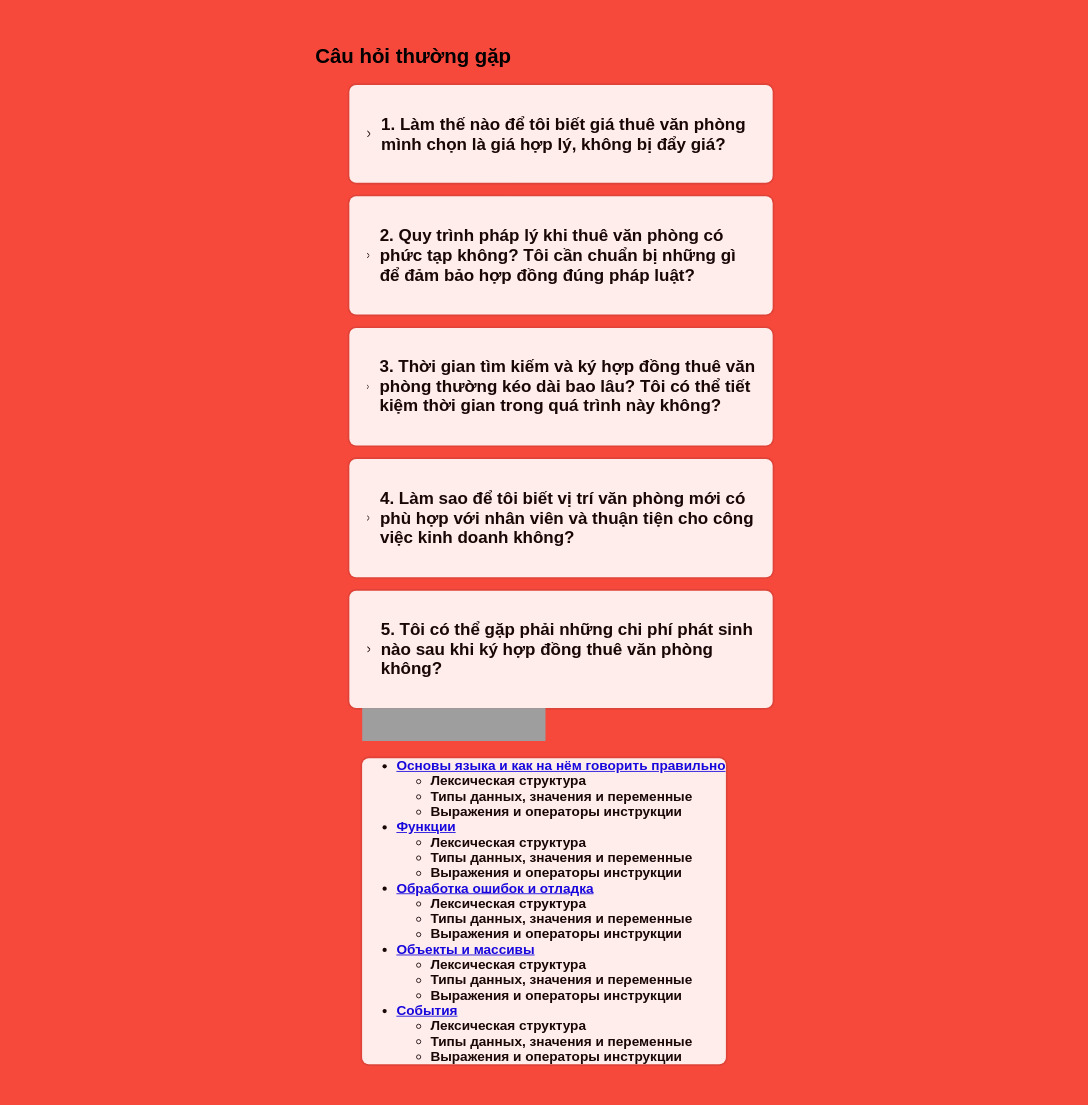
Repository: lannguyen1301/html-office-saigon
Page: accordion.html
These files come from the project's save history. The page is drawn as it stood at one moment and after the next save; the edit follows.
The browser window is 1280 px wide. The pictures show the whole page, at 85% of full size.
Pictures or frames that could not be fetched are drawn as grey boxes.

Above is the page before, as saved 2025-02-12 23:13:51.

### accordion.html
<!DOCTYPE html>
<html lang="en">

<head>
    <meta charset="UTF-8">
    <meta name="viewport" content="width=device-width, initial-scale=1.0">
    <title>ACCODION</title>
    <link rel="stylesheet" href="accordion.css">
</head>

<body>
    <main>
        <h2>Câu hỏi thường gặp</h2>
        <ol class="accodion-list">
            <li class="accordion" id="howto">
                <h3 class="title">
                    <a href="#howto">
                        1. Làm thế nào để tôi biết giá thuê văn phòng mình chọn là giá hợp lý, không bị
                        đẩy giá?</a>
                </h3>
                <div class="content">
                    <div class="wrapper">
                        <p>
                            Office Saigon cung cấp thông tin minh bạch về giá thuê từ các tòa nhà mà chúng tôi hợp tác.
                            Chúng tôi luôn so sánh giá trên thị trường để đảm bảo bạn nhận được mức giá tốt nhất, phù
                            hợp với vị trí và tiện ích mà tòa nhà cung cấp. Chúng tôi không thêm phí môi giới cho khách
                            hàng thuê và đảm bảo mức giá bạn nhận được là mức giá gốc từ phía tòa nhà.
                        </p>
                    </div>
                </div>
            </li>

            <li class="accordion" id="legalprocess">
                <h3 class="title">
                    <a href="#legalprocess">
                        2. Quy trình pháp lý khi thuê văn phòng có phức tạp không? Tôi cần chuẩn
                        bị những gì để đảm bảo hợp đồng đúng pháp luật?</a>
                </h3>
                <div class="content">
                    <div class="wrapper">
                        <p>
                            Quy trình pháp lý khi thuê văn phòng có thể phức tạp, nhưng bạn hoàn toàn không phải lo lắng
                            khi sử dụng dịch vụ của Office Saigon. Chúng tôi sẽ hỗ trợ bạn từ khâu thương thảo hợp đồng,
                            đàm phán các điều khoản đến việc hoàn tất thủ tục pháp lý. Đội ngũ pháp lý chuyên nghiệp của
                            chúng tôi sẽ đảm bảo mọi chi tiết trong hợp đồng đều rõ ràng, minh bạch và tuân thủ đúng quy
                            định của pháp luật.
                        </p>

                    </div>
                </div>
            </li>

            <li class="accordion" id="searchtime">
                <h3 class="title">
                    <a href="#searchtime">
                        3. Thời gian tìm kiếm và ký hợp đồng thuê văn phòng thường kéo dài bao lâu? Tôi có thể tiết kiệm
                        thời gian trong quá trình này không?
                    </a>
                </h3>
                <div class="content">
                    <div class="wrapper">
                        <p>
                            Với dịch vụ của Office Saigon, quá trình tìm kiếm và ký hợp đồng thuê văn phòng thường chỉ
                            kéo dài từ 1-2 tuần, tùy thuộc vào yêu cầu cụ thể của bạn. Chúng tôi cung cấp danh sách các
                            tòa nhà phù hợp trong thời gian ngắn, giúp bạn tiết kiệm đáng kể thời gian và công sức so
                            với việc tự tìm kiếm. Quy trình của chúng tôi được tối ưu để bạn có thể nhanh chóng chọn
                            được văn phòng và ký kết hợp đồng mà không phải lo lắng về bất kỳ chi tiết nào.
                        </p>
                    </div>
                </div>
            </li>

            <li class="accordion" id="whyknow">
                <h3 class="title">
                    <a href="#whyknow">
                        4. Làm sao để tôi biết vị trí văn phòng mới có phù hợp với nhân viên và thuận tiện cho công việc
                        kinh doanh không?
                    </a>
                </h3>
                <div class="content">
                    <div class="wrapper">
                        <p>
                            Office Saigon luôn tư vấn kỹ lưỡng về vị trí văn phòng dựa trên yêu cầu của bạn và phân tích
                            các yếu tố như giao thông, tiện ích xung quanh, và sự thuận tiện cho nhân viên. Chúng tôi
                            hiểu rằng một vị trí văn phòng thuận tiện sẽ giúp tăng hiệu suất làm việc của nhân viên và
                            thuận lợi cho việc kinh doanh của bạn. Dựa vào mạng lưới hơn 2230 tòa nhà tại TP.HCM, chúng
                            tôi sẽ giúp bạn chọn được văn phòng ở vị trí chiến lược, tối ưu nhất cho doanh nghiệp của
                            bạn.
                        </p>
                    </div>
                </div>
            </li>
            <li class="accordion" id="costsincurred">
                <h3 class="title">
                    <a href="#costsincurred">
                        5. Tôi có thể gặp phải những chi phí phát sinh nào sau khi ký hợp đồng thuê văn phòng không?
                    </a>
                </h3>
                <div class="content">
                    <div class="wrapper">
                        <p>
                            Office Saigon luôn đảm bảo cung cấp đầy đủ thông tin về mọi chi phí liên quan đến việc thuê
                            văn phòng, từ giá thuê, phí dịch vụ đến các khoản chi phí quản lý và bảo trì. Chúng tôi sẽ
                            hỗ trợ bạn thương thảo hợp đồng một cách kỹ lưỡng để đảm bảo không có chi phí ẩn hoặc phát
                            sinh không đáng có. Tất cả các điều khoản trong hợp đồng đều minh bạch và rõ ràng để bạn có
                            thể yên tâm khi ký kết.
                        </p>
                    </div>
                </div>
            </li>
        </ol>
    </main>
</body>

</html>

<nav class="navigation">
    <header class="navigation__logo">
        <img src="https://s27.postimg.org/p5shqemzn/logo.png" alt="Navigation's logo" width="216" height="39">
    </header>
    <article>
        <ul class="accordion">
            <li class="accordion__item">
                <a href="#" class="accordion__link accordion__link_active">Основы языка и как на нём говорить
                    правильно</a>
                <ul class="sub-accordion">
                    <li class="sub-accordion__item">Лексическая структура</li>
                    <li class="sub-accordion__item">Типы данных, значения и переменные</li>
                    <li class="sub-accordion__item">Выражения и операторы инструкции</li>
                </ul>
            </li>
            <li class="accordion__item">
                <a href="#" class="accordion__link">Функции</a>
                <ul class="sub-accordion">
                    <li class="sub-accordion__item">Лексическая структура</li>
                    <li class="sub-accordion__item">Типы данных, значения и переменные</li>
                    <li class="sub-accordion__item">Выражения и операторы инструкции</li>
                </ul>
            </li>
            <li class="accordion__item">
                <a href="#" class="accordion__link">Обработка ошибок и отладка</a>
                <ul class="sub-accordion">
                    <li class="sub-accordion__item">Лексическая структура</li>
                    <li class="sub-accordion__item">Типы данных, значения и переменные</li>
                    <li class="sub-accordion__item">Выражения и операторы инструкции</li>
                </ul>
            </li>
            <li class="accordion__item">
                <a href="#" class="accordion__link">Объекты и массивы</a>
                <ul class="sub-accordion">
                    <li class="sub-accordion__item">Лексическая структура</li>
                    <li class="sub-accordion__item">Типы данных, значения и переменные</li>
                    <li class="sub-accordion__item">Выражения и операторы инструкции</li>
                </ul>
            </li>
            <li class="accordion__item">
                <a href="#" class="accordion__link">События</a>
                <ul class="sub-accordion">
                    <li class="sub-accordion__item">Лексическая структура</li>
                    <li class="sub-accordion__item">Типы данных, значения и переменные</li>
                    <li class="sub-accordion__item">Выражения и операторы инструкции</li>
                </ul>
            </li>
        </ul>
    </article>
</nav>

### accordion.css
:root {
    --size-header: 2.25rem;
    --size-accordion-title: 1.25rem;
    --size-accordion-content: 1rem;
    --animation-speed: 100;
    --slide-ease: cubic-bezier(0.86, 0, 0.07, 1);
    --slide-duration: calc(400ms * 100 / var(--animation-speed));
    --slide-delay: calc(450ms * 100 / var(--animation-speed));
    --circle-duration: calc(900ms * 100 / var(--animation-speed));
}

*,
*::before,
*::after {
    position: relative;
    left: 0;
    top: 0;
    box-sizing: border-box;
}

a,
p,
h1 {
    margin: 0;
}

html {
    height: 100%;
}

body {
    background-color: hsl(4, 91%, 60%);
    font-family: Nunito, Arial, Helvetica, sans-serif;
    font-weight: 600;
    margin: 0;
    display: grid;
    place-items: center;
    padding: 2rem 2rem;
    min-height: 100%;
}

html,
body {
    scroll-behavior: smooth;
    scroll-padding-top: 1rem;
}

main > h1 {
    font-size: var(--size-header);
    margin-bottom: 1.25rem;
    color: #fff;
}

::selection {
    background-color: rgba(0, 0, 0, 0.4);
}

.accordion {
    --circle-x: 1.8rem;
    --circle-y: 0;
    --circle-r: 200%;
    --circle-bg: #fff;
    color: #000;

    background-color: var(--circle-bg);
    max-width: 56ch;
    margin-bottom: 1rem;
    border-radius: min(8px, 0.5rem);

    display: grid;
    grid-template-rows: 0fr 0fr;
    transition-timing-function: var(--slide-ease);
    transition-duration: 200ms, 200ms, var(--slide-duration);
    transition-property: opacity, box-shadow, grid-template-rows;
    transition-delay: 0ms, 0ms, var(--slide-delay);
    box-shadow: 0 0 0 2px rgba(0, 0, 0, 0.1);
    opacity: 0.9;
}

.accordion:not(:target):hover {
    box-shadow: 0 0 0 2px rgba(0, 0, 0, 0.5);
}

.accordion:not(:target):active {
    opacity: 1;
    box-shadow: 0 4px 7px 0 rgba(0, 0, 0, 0.3);
}

.accordion,
.content {
    overflow: hidden;
}

.accordion:target {
    --d: 90deg;
    grid-template-rows: 0fr 1fr;
    transition: grid-template-rows var(--slide-ease) var(--slide-duration)
        var(--slide-delay);
}

.wrapper {
    padding-block: 0 1.05rem;
    padding-inline: 1.25rem;
}

.content {
    font-size: var(--size-accordion-content);
    line-height: 140%;
}

.content p {
    margin-bottom: 1rem;
}

.content a {
    color: currentColor;
    font-weight: 800;
    text-decoration: underline;
}

main :last-child,
.content :last-child {
    margin-bottom: 0;
}

.title a {
    padding: 1rem 1.25rem;
    font-size: var(--size-accordion-title);
    font-weight: 800;
    color: currentColor;
    text-decoration: none;
    display: flex;
    flex-direction: row;
    place-items: center;
}

.title a::before {
    --chevron-icon: url("data:[embedded picture, 464 characters]");
    content: "";
    left: 0;
    top: 0;
    width: 0.65rem;
    aspect-ratio: 320 / 512;
    display: inline-block;
    margin-right: 0.75rem;
    transform: rotate(var(--d, 0deg));
    transition: transform var(--slide-ease) var(--slide-duration)
        var(--slide-delay);
    mask-image: var(--chevron-icon);
    mask-size: 100% 100%;
    -webkit-mask-image: var(--chevron-icon);
    -webkit-mask-size: 100% 100%;
    background-color: currentColor;
}

.accordion::before,
.accordion::after {
    content: "";
    position: absolute;
    width: 100%;
    height: 100%;
    background-color: var(--circle-bg);
    mix-blend-mode: difference;
    transform-style: preserve-3d;
    transition-timing-function: ease;
    transition-property: opacity, clip-path, visibility;
    pointer-events: none;
    clip-path: circle(var(--r) at var(--circle-x) var(--circle-y));
    border-radius: inherit;
    z-index: 4;
}

.accordion::before {
    --r: 0%;
    transition-delay: var(--circle-duration), var(--circle-duration), 0ms;
    transition-duration: 0ms, var(--circle-duration), 0ms;
    opacity: 0;
}

.accordion:target::before {
    --r: var(--circle-r);
    transition-delay: 0ms, 0ms, 0ms;
    transition-duration: 0ms, var(--circle-duration), 0ms;
    opacity: 1;
}

.accordion::after {
    --r: var(--circle-r);
    transition-delay: 0ms, 0ms, var(--circle-duration);
    transition-duration: 0ms, var(--circle-duration), 0ms;
    visibility: hidden;
    opacity: 1;
}

.accordion:target:after {
    --r: 0%;
    transition-delay: 0ms, 0ms, 0ms;
    transition-duration: 0ms, 0ms, 0ms;
    visibility: visible;
    opacity: 0;
}

.title a:focus-visible {
    background-color: hsl(0, 100%, 90%);
    outline: none;
}

.accordion:target .title a:focus-visible {
    background-color: hsl(183, 100%, 93%);
}

After the next save:
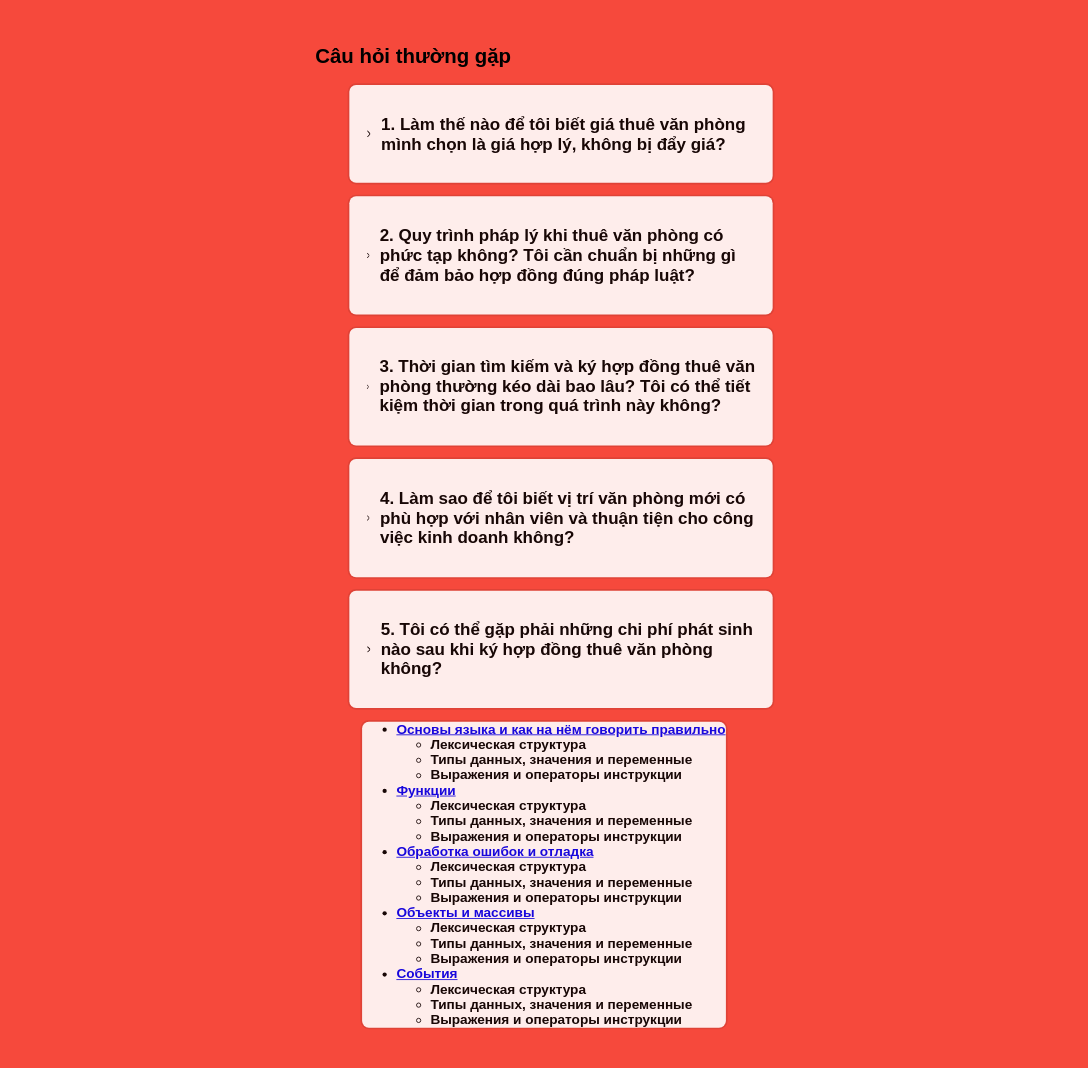
Saved 11 s later.
--- a/accordion.html
+++ b/accordion.html
@@ -115,9 +115,9 @@
 </html>
 
 <nav class="navigation">
-    <header class="navigation__logo">
+    <!-- <header class="navigation__logo">
         <img src="https://s27.postimg.org/p5shqemzn/logo.png" alt="Navigation's logo" width="216" height="39">
-    </header>
+    </header> -->
     <article>
         <ul class="accordion">
             <li class="accordion__item">
